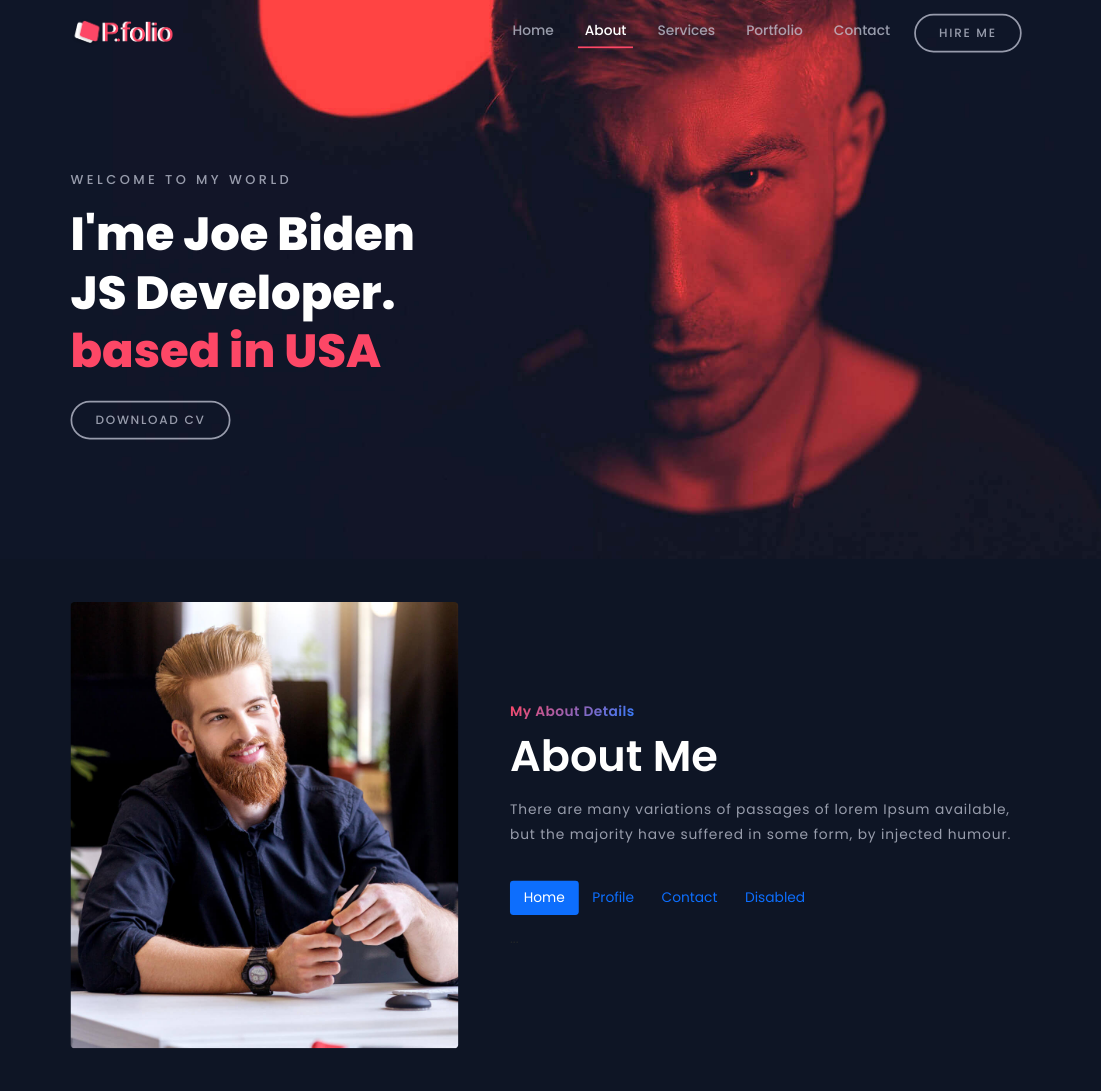
Repository: wadelfadill/Bootstrap_tache_3_responsive_portfolio
Page: index.html
An editor plug-in stored every save of this project. The page is shown before and after the next save, followed by the edit.
The browser window is 1280 px wide. The pictures show the whole page, at 86% of full size.
Backgrounds fixed to the window are drawn as part of the page. Some web libraries are served in a nearby version.

Above is the page before, as saved 2023-04-11 09:45:58.

After the next save:
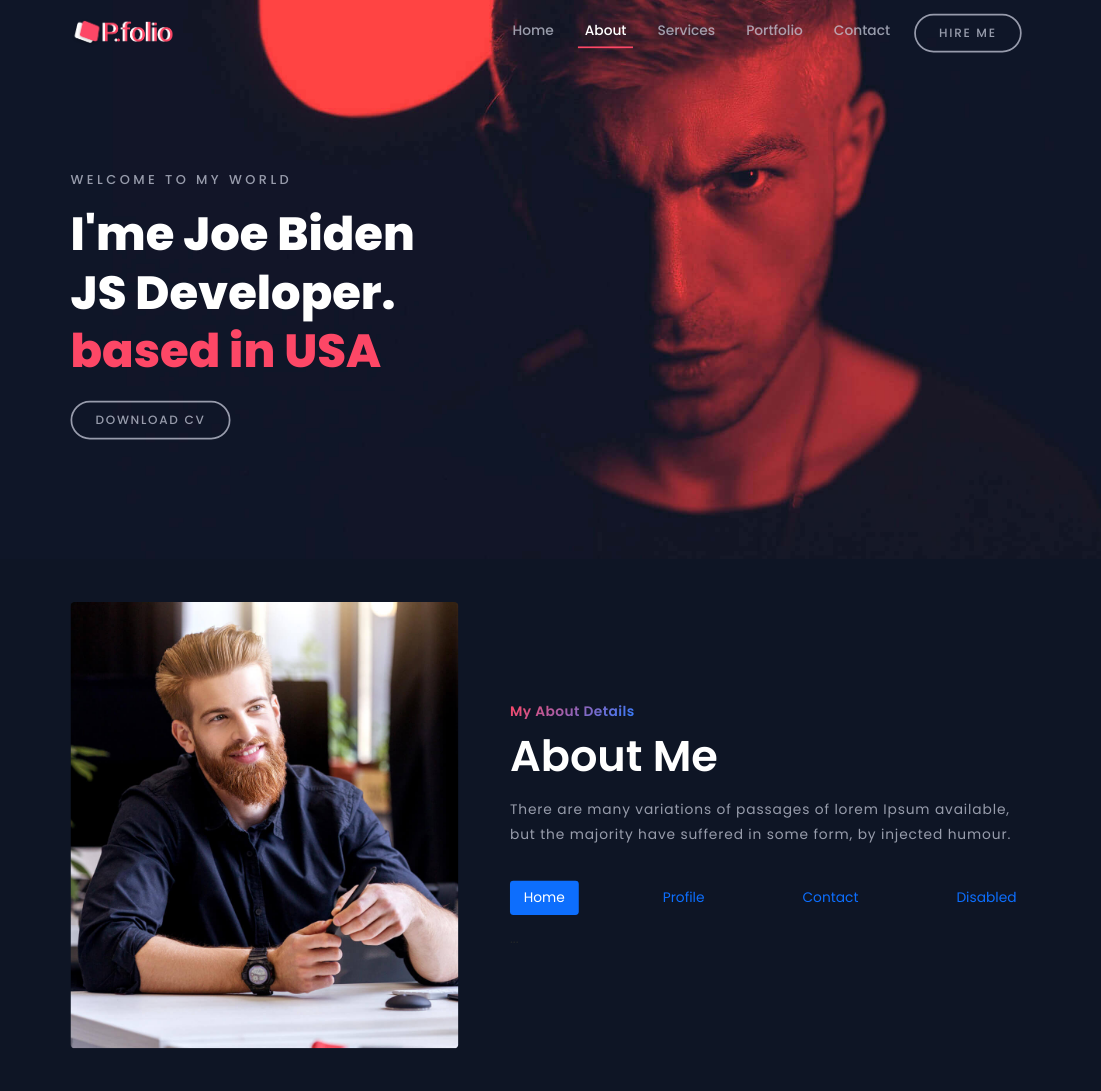
Saved 65 s later.
--- a/index.html
+++ b/index.html
@@ -91,7 +91,7 @@
                         suffered in some form, by injected humour.</p>
                     </div>
                     <div class="pt-4">
-                      <ul class="nav nav-pills mb-3" id="pills-tab" role="tablist">
+                      <ul class="nav nav-pills mb-3 justify-content-center justify-content-lg-between" id="pills-tab" role="tablist">
                         <li class="nav-item" role="presentation">
                           <button class="nav-link active" id="pills-home-tab" data-bs-toggle="pill" data-bs-target="#pills-home" type="button" role="tab" aria-controls="pills-home" aria-selected="true">Home</button>
                         </li>
